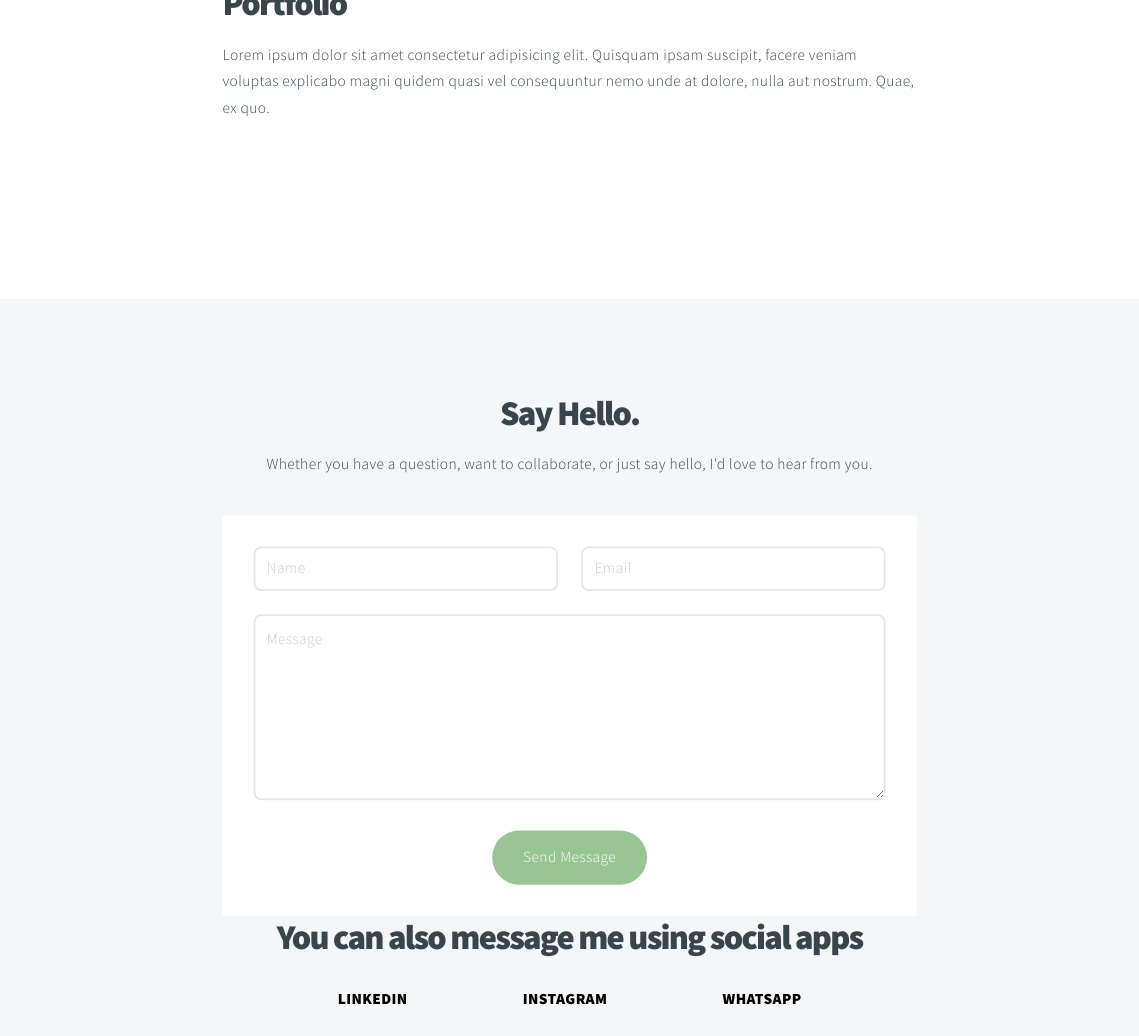
Repository: mauriciopazpp/mauriciopazpp.github.io
Page: index.html
These files come from the project's save history. The page is drawn as it stood at one moment and after the next save; the edit follows.
The browser window is 1280 px wide. The pictures show the part of the page from y = 5336 to 6500 px (the page is 6764 px tall before and 6990 px after), at 89% of full size.
A picture or video elsewhere on the page could not be fetched, so the positions and the page height are approximate. Backgrounds fixed to the window are drawn as part of the page.

Above is the page before, as saved 2024-03-05 22:53:11.
Console error: TypeError: Cannot set properties of undefined (setting 'windowMargin')

### index.html
<!DOCTYPE HTML>
<html>
	<head>
		<title>Mauricio Paz</title>
		<meta charset="utf-8" />
		<meta name="viewport" content="width=device-width, initial-scale=1, user-scalable=no" />
		<link rel="stylesheet" href="assets/css/main.css" />
		<noscript><link rel="stylesheet" href="assets/css/noscript.css" /></noscript>
		<link rel="icon" type="image/x-icon" href="images/favicon.png">
	</head>
	<body class="is-preload">
		<!-- <img id="preload" src="images/preloader.gif"> -->
		<!-- Header -->
			<header id="header">
				<div class="logo-header">
					<img src="images/logo-2.png" alt="Mauricio Paz Pacheco CV">
				</div>
				<nav>
					<ul>
						<li><a href="#intro">Intro</a></li>
						<li><a href="#one">Who I am</a></li>
						<li><a href="#two">Skills and Certifications</a></li>
						<li><a href="#work">Experience</a></li>
						<li><a href="#portfolio">Portfolio</a></li>
						<li style="display: none;"><a href="#things">My Things</a></li>
						<li><a href="#contact">Contact</a></li>
					</ul>
				</nav>
			</header>

		<!-- Intro -->
			<section id="intro" class="main style1 dark fullscreen">
				<div class="content">
					<header>
						<h2>Mauricio Paz</h2>
					</header>
					<p>Enter the realm of my career.</p>
					<footer>
						<!-- <a href="#one" class="button style2 down">More</a> -->
						<a href="cv/Mauricio.pdf" target="_blank" class="button">Download CV</a>
						<a href="#one" class="button">More</a>
					</footer>
				</div>
			</section>

		<!-- One -->
			<section id="one" class="main style2 right dark fullscreen">
				<div class="content box style2">
					<header>
						<h2>Who I am</h2>
					</header>
					<p>Mauricio, <span id="age">35</span> years old, more than a decade of experience in the systems development field. Certified by Adobe. Married, living in the south of Brazil. I enjoy Rock, Heavy Metal, cats and games.</p>
					<p>Let's be friends, this is my insta <a href="https://www.instagram.com/mauricio.paz.p/" style="text-decoration: none; font-weight: bold;">@mauricio.paz.p</a></p>
				</div>
				<a href="#two" class="button style2 down anchored">Next</a>
			</section>

		<!-- Two -->
			<section id="two" class="main style2 left dark fullscreen">
				<div class="content box style2">
					<header>
						<h2>Skills</h2>
					</header>
					<p><b class="php">#php</b>, <b class="javascript">#javascript</b>, <b class="node">#node</b>, <b class="graphql">#graphql</b>, <b class="sql">#sql</b></p>
					<p><b class="adobecommerce">#adobecommerce</b>, <b class="bigcommerce">#bigcommerce</b>, <b class="shopify">#shopify</b>, <b class="pwastudio">#pwastudio</b></p>
					<p><b class="vuejs">#vuejs</b>, <b class="react">#react</b>, <b class="reactnative">#reactnative</b></p>
					<p><b class="git">#git</b>, <b class="warden">#warden</b>, <b class="docker">#docker</b>, <b class="commercecloud">#commercecloud</b></p>
					<p><b class="frontend">#frontend</b>, <b class="backend">#backend</b>, <b class="fullstack">#fullstack</b></p>
					<p><b class="english">#english</b>, <b class="portuguese">#portuguese</b></p>

					<br>

					<h2>Certifications</h2>
					<p>
						<b>
						- Adobe Certified Expert - Adobe Commerce Front-End Developer.
						<a href="https://www.credly.com/badges/2049df38-8aab-49f0-89bc-399480d42e42/linked_in" target="_blank">
							Check the link
						</a>
						</b>
					</p>

				</div>
				<a href="#work" class="button style2 down anchored">Next</a>
			</section>

		<!-- Work -->
			<section id="work" class="main style3 primary">
				<div class="content">
					<header>
						<h2>My Experience</h2>
						<p>Over the years, I have worked in various companies and faced challenges that have shaped my expertise in development. At BlueAcorn iCi, I participated in projects for major companies such as Lovesac and Sony, using Adobe Commerce and React. At Jamersan, I contributed to creating stores using BigCommerce. At Unimed, I had the opportunity to independently create software from scratch, developing highly robust systems that are still in use today. Currently, at IronPlane, I am expanding my knowledge in PWA Studio. My journey is a constant pursuit of technical excellence and the ability to positively impact through software development.</p>
					</header>

					<!-- Gallery  -->
						<div class="gallery">
							<article class="from-left" style="background: url(images/fulls/02.jpg);">
								<div class="description">
									<p><b>IronPlane</b> - <i>Portland, ME, USA</i> <br> 04/2023 - Current</p>
									<ul>
										<li>•  Designed and implemented stores using Adobe Commerce.</li>
										<li>•  Upgrade PWA Studio stores and bug fixes using Adobe Commerce, PWA Studio, React, webpack, GraphQL, HTML, and CSS.</li>
										<li>•  Code-reviews in BigCommerce and Adobe Commerce stores.</li>
									</ul>
								</div>
								<div class="company">
									<img src="images/comp/ironplane.svg" alt="ironplane" class="logo">
								</div>
								<!-- <a href="images/fulls/01.jpg" class="image fit"><img src="images/thumbs/01.jpg" title="The Anonymous Red" alt="" /></a> -->
							</article>
							<article class="from-right" style="background: url(images/fulls/05.jpg);">
								<div class="description">
									<p><b>Jamersan</b> - <i>Opelika, AL, USA</i> <br> 02/2023 - 12/2023</p>
									<ul>
										<li>•  Led the creation of stores, managing product imports, and crafting database management scripts using api, bash script, php and javascript.</li>
										<li>•  Designed and developed new stores using BigCommerce, incorporating webhooks, APIs, and app development.</li>
									</ul>
								</div>
								<div class="company">
									<img src="images/comp/jamersan.webp" alt="jamersan" class="logo">
								</div>
								<!-- <a href="images/fulls/02.jpg" class="image fit"><img src="images/thumbs/02.jpg" title="Airchitecture II" alt="" /></a> -->
							</article>
							<article class="from-left" style="background: url(images/fulls/01.jpg);">
								<div class="description">
									<p><b>BlueAcorn iCi</b> - <i>Charleston, SC, USA</i> <br>03/2021 - 02/2023</p>
									<ul>
										<li>•  Senior Front-end Developer, <i>a leading company in award-winning digital transformations for Fortune 500 companies.</i> I collaborated on large-scale projects, including creating digital experiences for renowned brands such as Apple and Sony.</li>
										<li>•  Led a Front-end development team on an Adobe Commerce project, ensuring timely and high-quality delivery.</li>
										<li>•  Development and enhancement of stores for renowned brands like Lovesac, using technologies such as Adobe Commerce, React, and advanced customization tools, such as product creation in a 3D environment.</li>
									</ul>
								</div>
								<div class="company">
									<img src="images/comp/blueacorn.png" alt="blueacornici" class="logo">
								</div>
								<!-- <a href="images/fulls/03.jpg" class="image fit"><img src="images/thumbs/03.jpg" title="Air Lounge" alt="" /></a> -->
							</article>
							<article class="from-right" style="background: url(images/fulls/03.jpg);">
								<div class="description">
									<p><b>MageMontreal</b> - <i>Sainte-Agathe-des-Monts/QC  Canada</i> <br>08/2020 - 02/2021</p>
									<ul>
										<li>•  Front-end Developer at MageMontreal, contributing to the development of multiple online stores using Adobe Commerce.</li>
										<li>•  Continuous Integration/Deployment Pipeline Integration, pull requests, code reviews.</li>
									</ul>
								</div>
								<div class="company">
									<img src="images/comp/magemontreal.svg" alt="magemontreal" class="logo" style="background: #f84601">
								</div>
								<!-- <a href="images/fulls/03.jpg" class="image fit"><img src="images/thumbs/03.jpg" title="Air Lounge" alt="" /></a> -->
							</article>
							<article class="from-left" style="background: url(images/fulls/04.jpg);">
								<div class="description">
									<p><b>Redstage</b> - <i>New York, NY, USA</i> <br>03/2019 - 08/2020</p>
									<ul>
										<li>• Initiated the creation of work automation scripts, proposing tasks such as branch creation, automatic status updates in Jira, pull request creation via terminal, and development of a webhook on GitHub to send automatic notifications to Slack.</li>
										<li>•  Full Stack Developer, responsible for the creation and updates of stores using Adobe Commerce.</li>
									</ul>
								</div>
								<div class="company">
									<img src="images/comp/fulcrum.webp" alt="fulcrum" class="logo">
								</div>
								<!-- <a href="images/fulls/03.jpg" class="image fit"><img src="images/thumbs/03.jpg" title="Air Lounge" alt="" /></a> -->
							</article>
							<article class="from-right" style="background: url(images/fulls/06.jpg);">
								<div class="description">
									<p><b>KolinaLabs</b> - <i>Guarapuava, PR, Brazil</i> <br>06/2018 - 02/2019</p>
									<ul>
										<li>•  Development of system applications, including a solar panel system for Sices Brasil, the largest solar panel producer in Latin America.</li>
										<li>•  Creation and maintenance of apps using Vue.js, webpack, Sass, among others, to ensure efficient and high-quality implementation.</li>
										<li>•  BI Developer, creating an advanced dashboard using QlikSense to enhance data analysis and decision-making at Sices Brasil.</li>
									</ul>
								</div>
								<div class="company">
									<img src="images/comp/kolinalabs.png" alt="kolinalabs" class="logo">
								</div>
								<!-- <a href="images/fulls/03.jpg" class="image fit"><img src="images/thumbs/03.jpg" title="Air Lounge" alt="" /></a> -->
							</article>
							<article class="from-left" style="background: url(images/fulls/06.jpg);">
								<div class="description">
									<p><b>Unimed</b> - <i>Guarapuava, PR, Brazil</i> <br>08/2015 - 06/2018</p>
									<ul>
										<li>•  Largest healthcare company in latin america, I developed approximately 12 systems using Laravel independently, including 2 large systems that continued to be used for over 6 years, even after my departure from the company.</li>
										<li>•  Responsible for the entire system development process, from gathering requirements to development, deployment, testing, and support.</li>
										<li>•  I created a workflow system that automated all internal processes, providing greater ease of work for everyone.</li>
										<li>•  I conceptualized and developed a system that reduced an employee's workload time from 2 months to just 1 minute, automating the compression and sending of multiple PDFs via email to health plan beneficiaries.</li>
									</ul>
								</div>
								<div class="company">
									<img src="images/comp/unimed.png" alt="Unimed" class="logo" style="padding: 0;">
								</div>
								<!-- <a href="images/fulls/03.jpg" class="image fit"><img src="images/thumbs/03.jpg" title="Air Lounge" alt="" /></a> -->
							</article>
							<article class="from-right" style="background: url(images/fulls/06.jpg);    display: flex;
							align-content: center;
							justify-content: center;
							align-items: center;">
								<a href="https://www.linkedin.com/in/m-paz/details/experience/">
									<p><b style="color: white; text-decoration: underline;" target="_blank">See More</b></p>
								</a>
							</article>
						</div>
				</div>
			</section>

		<!-- Portfolio -->
		<section id="portfolio" class="main style4 primary">
			<div class="content">
				<header>
					<h2>Portfolio</h2>
					<p>Lorem ipsum dolor sit amet consectetur adipisicing elit. Quisquam ipsam suscipit, facere veniam voluptas explicabo magni quidem quasi vel consequuntur nemo unde at dolore, nulla aut nostrum. Quae, ex quo.</p>
				</header>

				<!-- Gallery  -->
					<div class="gallery">
						<article class="from-left" style="background: url(images/portfolio/lovesac.png);">
							<div class="description">
								<p><b>Lovesac</b></p>
							</div>
							<div class="company">
								<img src="images/comp/ironplane.svg" alt="ironplane" class="logo">
							</div>
						</article>
						<article class="from-right" style="background: url(images/portfolio/lovesac.png);">
							<div class="description">
								<p><b>Lovesac</b></p>
							</div>
							<div class="company">
								<img src="images/comp/ironplane.svg" alt="ironplane" class="logo">
							</div>
						</article>
					</div>
			</div>
		</section>

		<!-- Contact -->
			<section id="contact" class="main style3 secondary">
				<div class="content">
					<header>
						<h2>Say Hello.</h2>
						<p>Whether you have a question, want to collaborate, or just say hello, I'd love to hear from you.</p>
					</header>
					<div class="box">
						<form method="post" action="https://formspree.io/xaypakzd">
							<div class="fields">
								<div class="field half"><input type="text" name="username" placeholder="Name" required/></div>
								<div class="field half"><input type="email" name="email" placeholder="Email" required /></div>
								<div class="field"><textarea name="message" placeholder="Message" rows="6" required></textarea></div>
							</div>
							<ul class="actions special">
								<li><input type="submit" value="Send Message" /></li>
							</ul>
						</form>
					</div>
					<h2>You can also message me using social apps</h2>
					<ul class="list-inline fullscreen-nav-holder">
						<li><a class="text-uppercase" href="https://www.linkedin.com/in/m-paz/?locale=en_US">Linkedin</a></li>
						<li><a class="text-uppercase" href="https://www.instagram.com/mauricio.paz.p/">Instagram</a></li>
						<li><a class="text-uppercase" href="https://wa.me/5542984152452?text=Hi%21+I+came+across+your+linkedin+profile">Whatsapp</a></li>
					</ul>
					<ul class="list-inline fullscreen-nav-holder">
						<li><b>mauriciopazdev@gmail.com</b></li>
						<li><b>+55 42 9-8415-24-52</b></li>
					</ul>

					<h2 style="color: cornflowerblue; margin-bottom: 30px">
						Thanks for stopping by!
					</h2>
					<br>
				</div>
			</section>

			<!-- Things -->
			<section id="things" class="main style3 primary" style="display: none;">
				<div class="content">
					<header>
						<h2>My Things</h2>
						<p>I believe that our professional life is closely linked to who we are and what we enjoy, so here are some of my childhood and teenager works.</p>
					</header>

					<!-- Gallery  -->
					<h3>Drawings</h3>
					<div class="gallery">
						<article class="from-left">
							<img src="images/things/draw.jpg">
						</article>
						<article class="from-right">
							<img src="images/things/draw2.jpg">
						</article>
					</div>
					<h3>Drawings in MsPaint, before touch screen exist</h3>
					<div class="gallery">
						<article class="from-left">
							<img src="images/things/paint3.jpg">
						</article>
						<article class="from-right">
							<img src="images/things/paint.jpg">
						</article>
					</div>
					<h3>3D modeling work, before become a developer</h3>
					<div class="gallery">
						<article class="from-left">
							<img src="images/things/3d.jpg">
						</article>
						<article class="from-right">
							<img src="images/things/3d3.jpg">
						</article>
					</div>
				</div>
			</section>

		<!-- Footer -->
			<footer id="footer">

				<!-- Icons -->
					<ul class="icons">
						<li><a href="https://www.facebook.com/mauriciopazpacheco" class="icon brands fa-facebook-f"><span class="label">Facebook</span></a></li>
						<li><a href="https://www.instagram.com/mauricio.paz.p/" class="icon brands fa-instagram"><span class="label">Instagram</span></a></li>
						<li><a href="https://www.linkedin.com/in/m-paz/?locale=en_US" class="icon brands fa-linkedin-in"><span class="label">LinkedIn</span></a></li>
					</ul>

				<!-- Menu -->
					<ul class="menu">
						<li>Mauricio Paz Pacheco</li><li></li>
					</ul>

			</footer>

		<!-- Scripts -->
			<script src="assets/js/jquery.min.js"></script>
			<script src="assets/js/jquery.poptrox.min.js"></script>
			<script src="assets/js/jquery.scrolly.min.js"></script>
			<script src="assets/js/jquery.scrollex.min.js"></script>
			<script src="assets/js/browser.min.js"></script>
			<script src="assets/js/breakpoints.min.js"></script>
			<script src="assets/js/util.js"></script>
			<script src="assets/js/main.js"></script>
	</body>
	<script>
		const dob = new Date('1988-12-08');
		const now = new Date();
		let age = now.getFullYear() - dob.getFullYear();
		if (now.getMonth() < dob.getMonth() || (now.getMonth() === dob.getMonth() && now.getDate() < dob.getDate())) {
			age--;
		}
		document.getElementById('age').textContent = age;
	</script>
</html>

Loaded but not shown: assets/js/jquery.min.js (library); assets/js/jquery.poptrox.min.js (library); assets/js/jquery.scrolly.min.js (common file); assets/js/jquery.scrollex.min.js (common file); assets/js/browser.min.js (common file); assets/js/breakpoints.min.js (common file); assets/css/fontawesome-all.min.css (library); assets/js/util.js (587 lines, source omitted); assets/js/main.js (219 lines, source omitted); assets/css/main.css (2508 lines, source omitted)

After the next save:
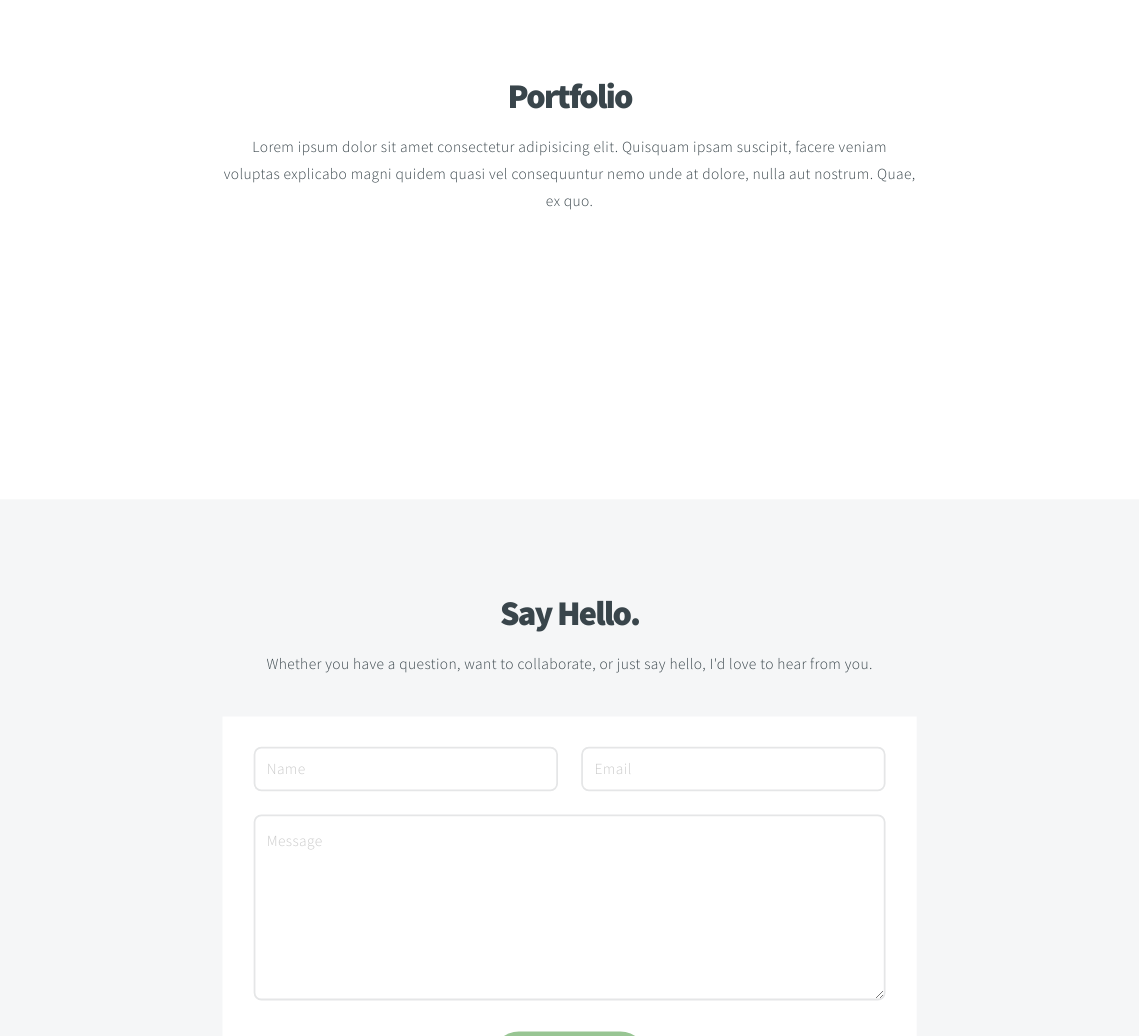
Saved 4 min 57 s later.
--- a/index.html
+++ b/index.html
@@ -203,7 +203,7 @@
 			</section>
 
 		<!-- Portfolio -->
-		<section id="portfolio" class="main style4 primary">
+		<section id="portfolio" class="main style3 primary">
 			<div class="content">
 				<header>
 					<h2>Portfolio</h2>
